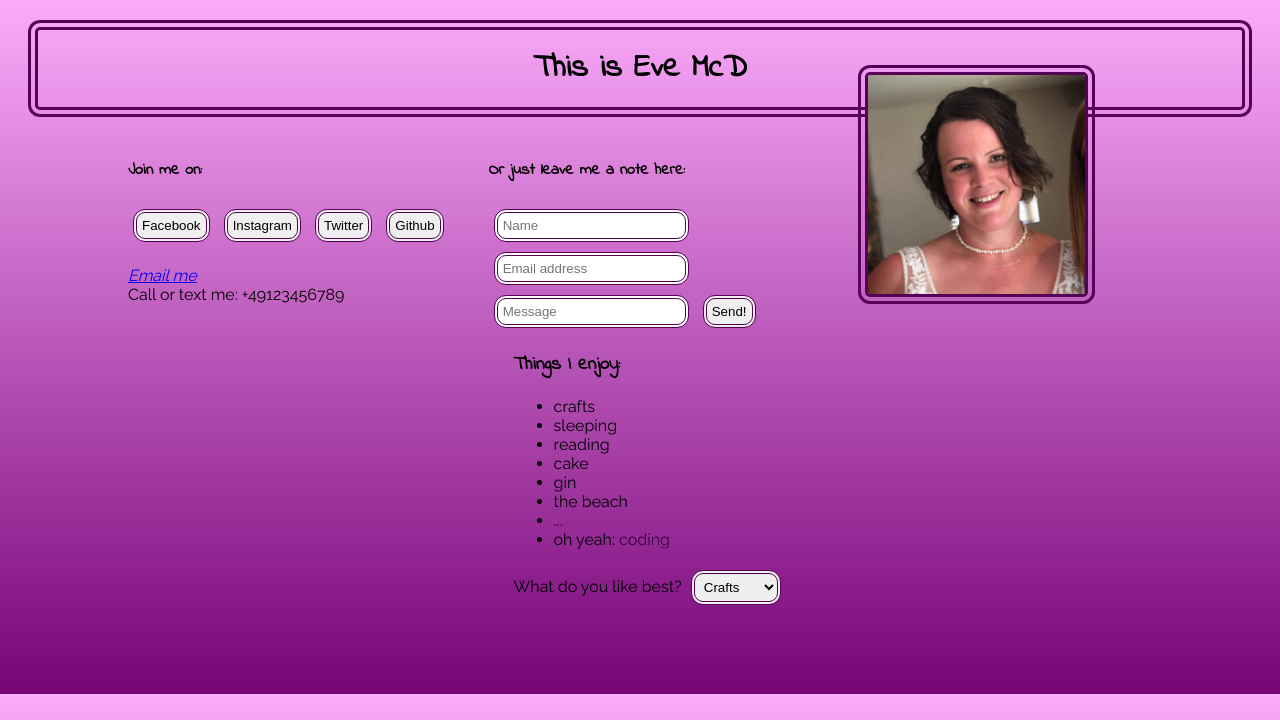
Repository: evemcd/Strive-Ignite-W1
Page: index.html
These files come from the project's save history. The page is drawn as it stood at one moment and after the next save; the edit follows.
The browser window is 1280 px wide. The pictures show the whole page.

Above is the page before, as saved 2021-01-17 22:52:16.

### index.html
<!DOCTYPE html>
<html>

<head>
    <title>Eve McDermott</title>
    <link rel="stylesheet" href="styles.css" />
    <link rel="preconnect" href="https://fonts.gstatic.com">
    <link rel="preconnect" href="https://fonts.gstatic.com">
    <link href="https://fonts.googleapis.com/css2?family=Indie+Flower&family=Raleway&display=swap" rel="stylesheet">
    <meta name="viewport" content="width=device-width, initial-scale=1.0">
</head>

<body>
    <div>
        <div class="header-title">
            <h1>This is Eve McD</h1>
        </div>
        <img src="Eve.jpg" class="header-image" alt="photo of Eve McD" />
    </div>
    <div class="container">
        <div class="div1">
            <h4>Join me on:</h4>
            <input type="button" href="www.facebook.com" value="Facebook" class="socialbutton" />
            <input type="button" href="www.instagram.com" value="Instagram" class="socialbutton" />
            <input type="button" href="www.twitter.com" value="Twitter" class="socialbutton" />
            <input type="button" href="www.github.com" value="Github" class="socialbutton" />
            <br><br>
            <address>
                <a href="mailto:eve@mcdermott.com">Email me </a>
            </address>
            Call or text me: +49123456789
            </p>
        </div>
        <div class="div1">
            <form>
                <h4>Or just leave me a note here:</h4>
                <input type="text" placeholder="Name" class="socialbutton" /><br>
                <input type="email" placeholder="Email address" class="socialbutton" /><br>
                <input type="text" placeholder="Message" class="socialbutton" />
                <input type="button" value="Send!" class="socialbutton" />
            </form>
        </div>
    </div>
    <div class="hobbies">
        <h3>Things I enjoy:</h3>
        <ul>
            <li>crafts</li>
            <li>sleeping</li>
            <li>reading</li>
            <li>cake</li>
            <li>gin</li>
            <li>the beach</li>
            <li>...</li>
            <li>oh yeah: <span style="color: rgb(59, 0, 59);">coding</span></li>
        </ul>
    </div>

    <div class="hobbies">
        <label for="hobbies">What do you like best?</label>
        <select name="hobbies" id="hobbies" class="socialbutton">
            <option value="crafts">Crafts</option>
            <option value="sleeping">Sleeping</option>
            <option value="reading">Reading</option>
            <option value="cake">Cake</option>
            <option value="gin">Gin</option>
            <option value="beach">Beach</option>
            <option value="coding">Coding</option>
        </select>
    </div>
    <br><br><br><br>

</body>

</html>

### styles.css
body {
    background: rgb(251, 171, 251);
    background: linear-gradient(180deg, rgba(251, 171, 251, 1) 0%, rgba(119, 3, 119, 1) 100%);
    font-family: Raleway;
}

.div1 {
    display: inline-block;
    /* width: 40%; */
    vertical-align: top;
    margin: 0px 20px 0px 20px;
}

.container {
    display: flex;
    flex-flow: column wrap;
    flex-direction: row;
    justify-content: flex-start;
    margin-left: 100px;
}

h1 {
    padding: 15px;
    margin: 20px;
    border: 10px double rgb(85, 1, 85);
    border-radius: 12px;
    text-align: center;
}

h1,
h2,
h3,
h4,
h5,
h6 {
    font-family: Indie Flower;
}

.textcenter {
    text-align: center;
}

/* #header {
    width: 100%;
    height: 30vh;
    position: relative;
    background-color: red;
} */

/* .box1 {
    width: 100px;
    height: 100px;
    background-color: green;
    position: absolute;
    top: 10px;
    left: 10px;
    z-index: 2;
} */

.header-image {
    width: 17%;
    position: absolute;
    top: 9%;
    left: 67%;
    border: 10px double rgb(85, 1, 85);
    border-radius: 12px;
}

.socialbutton {
    border: 4px double rgb(85, 1, 85);
    border-radius: 12px;
    padding: 5px;
    margin: 5px;
}

.hobbies {
    margin-left: 40%;
}

@media screen and (max-width: 992px) {
    .div1 {
        display: inline-block;
        width: 100%;
        vertical-align: top;
    }

    .hobbies {
        margin-left: 10%;
    }
}

After the next save:
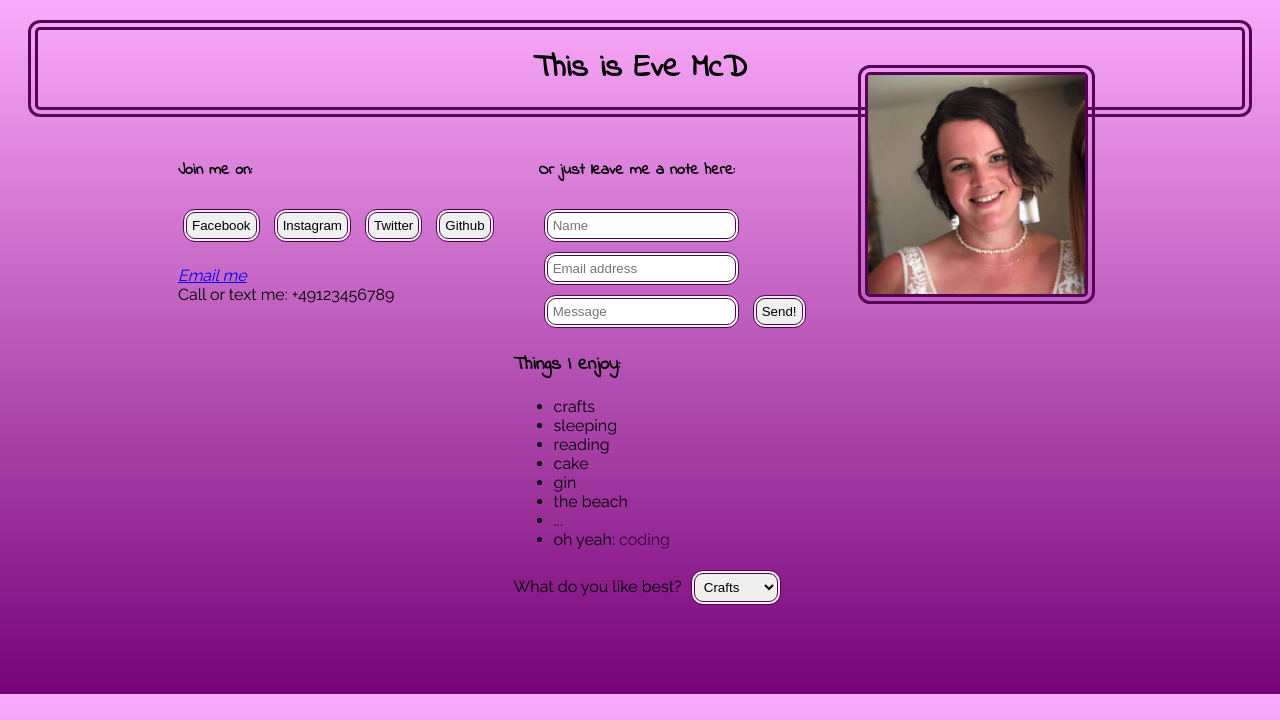
Saved 92 s later.
--- a/styles.css
+++ b/styles.css
@@ -16,7 +16,7 @@ body {
     flex-flow: column wrap;
     flex-direction: row;
     justify-content: flex-start;
-    margin-left: 100px;
+    margin-left: 150px;
 }
 
 h1 {
